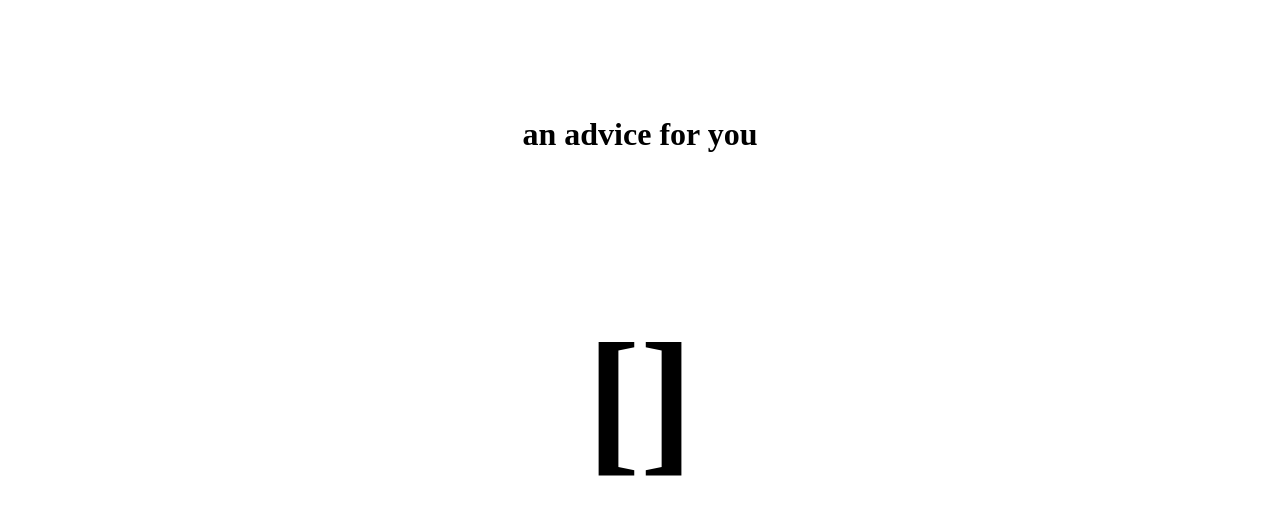
Repository: Fernandamendonc/Advice
Page: /
These files come from the project's save history. The page is drawn as it stood at one moment and after the next save; the edit follows.
The browser window is 1280 px wide. The pictures show the whole page.
The page's requests for data from a server got no answer. Some web fonts or font styles are not loaded; a fallback is used. The project was rebuilt for these pictures with package versions that can differ from the ones it lists, and the page was loaded fresh each time. The framework's server and built-in components were replaced by stand-ins that run in the browser. No one was signed in, and anything a server would have sent is missing. Also part of the build but not shown: next.config.js.

Above is the page before, as saved 2022-08-16 16:54:09.

### pages/_app.tsx
import '../styles/globals.css'
import type { AppProps } from 'next/app'

function MyApp({ Component, pageProps }: AppProps) {
  return <Component {...pageProps}/>
}

export default MyApp

### pages/index.tsx
import type { NextPage } from 'next'

import { Button } from '../src/components/button'

const Home: NextPage = () => {
  return (
    <>
      <Button />
    </>
  )
}

export default Home

### styles/globals.css
@import url('https://fonts.googleapis.com/css2?family=Romanesco&display=swap');

html,
body {
  padding: 0;
  margin: 0;
}

a {
  color: inherit;
  text-decoration: none;
}

* {
  box-sizing: border-box;
}

@media (prefers-color-scheme: dark) {
  html {
    color-scheme: gray;
  }
  body {
    color: white;
    background: gray;
  }
}

### src/components/button/index.tsx
import {useEffect, useState} from 'react'
import axios from 'axios'

import { Container } from './styles'

export function Button(){
  const [advice, adviceSet] = useState([])
  useEffect(() => {
    axios.get("https://api.adviceslip.com/advice")
    .then((response) => {
      adviceSet(response.data.slip.advice)
    }).catch(() => {
      console.log('ERRO')
    })
  },[])

  return(
    <Container>
      <h1>an advice for you</h1>
      <h2>{JSON.stringify(advice)}</h2>
    </Container>
  )
}

### src/components/button/styles.ts
import styled from 'styled-components'

export const Container = styled.div`
  display: flex;
  justify-content: center;
  align-items: center;
  flex-direction: column;

  position: absolute;
  top: 50%;
  left: 50%;
  transform: translate(-50%, -50%);

  h2{
    font-family: 'Romanesco', cursive;
    font-size: 10rem;
  }
`

After the next save:
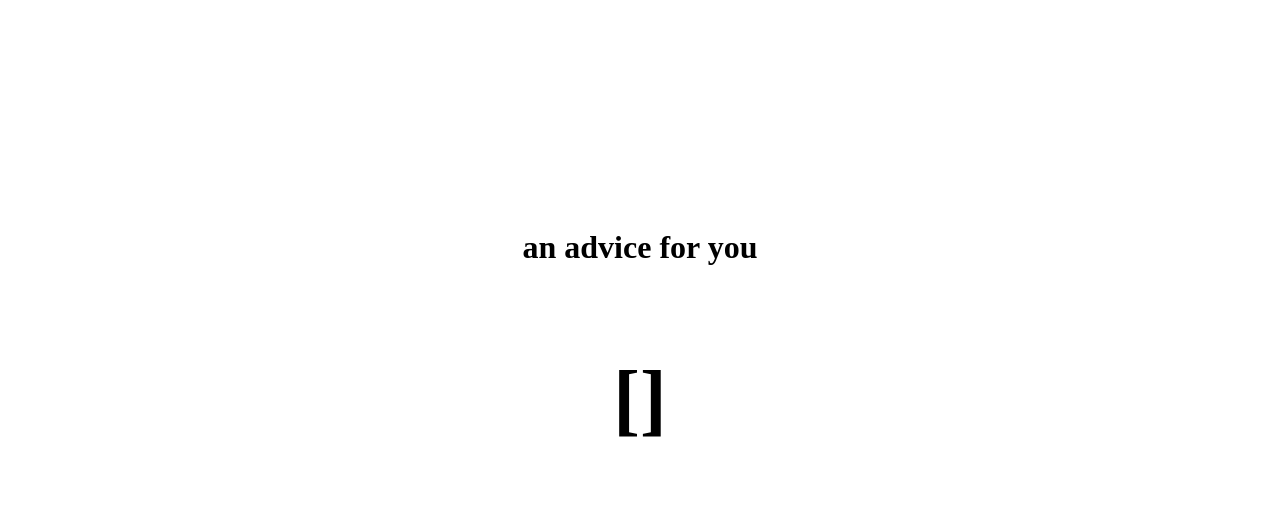
Saved 4 s later.
--- a/src/components/button/styles.ts
+++ b/src/components/button/styles.ts
@@ -13,6 +13,6 @@ export const Container = styled.div`
 
   h2{
     font-family: 'Romanesco', cursive;
-    font-size: 10rem;
+    font-size: 5rem;
   }
 `
